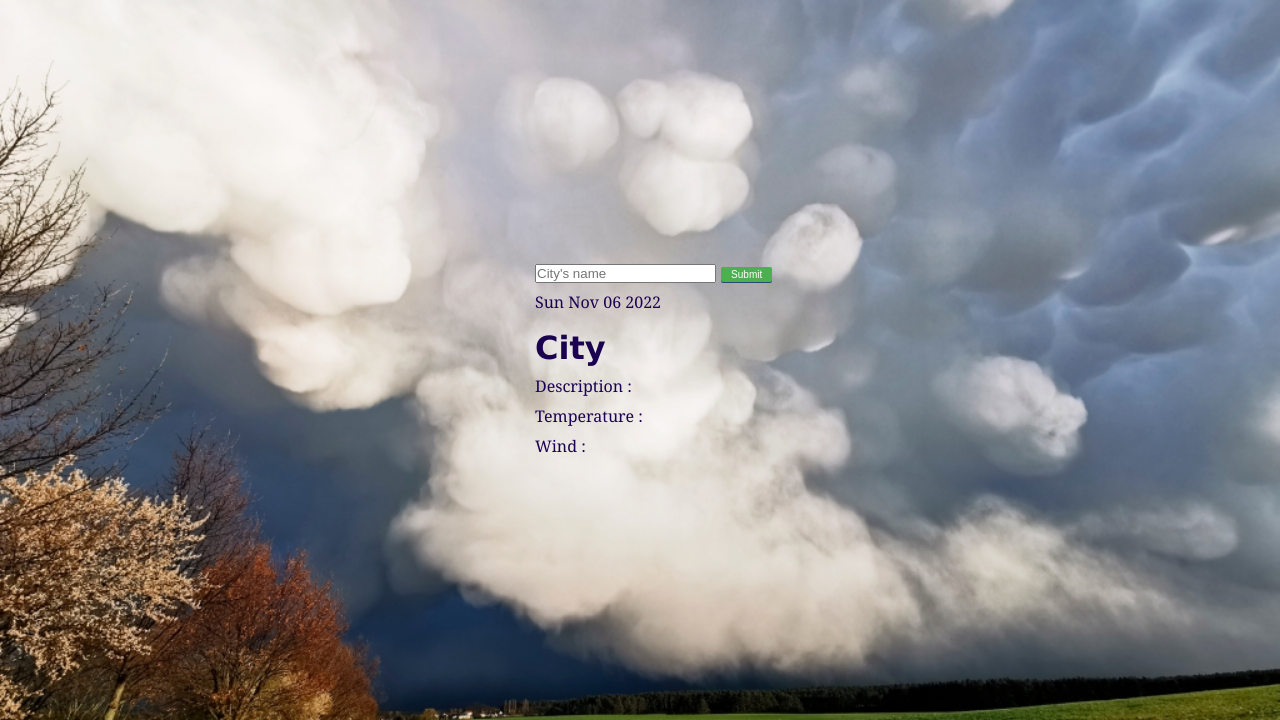
Repository: heartbreathing/searchWeather
Page: index.html
An editor plug-in stored every save of this project. The page is shown before and after the next save, followed by the edit.
The browser window is 1280 px wide. The pictures show the whole page.

Above is the page before, as saved 2022-11-07 09:06:51.

After the next save:
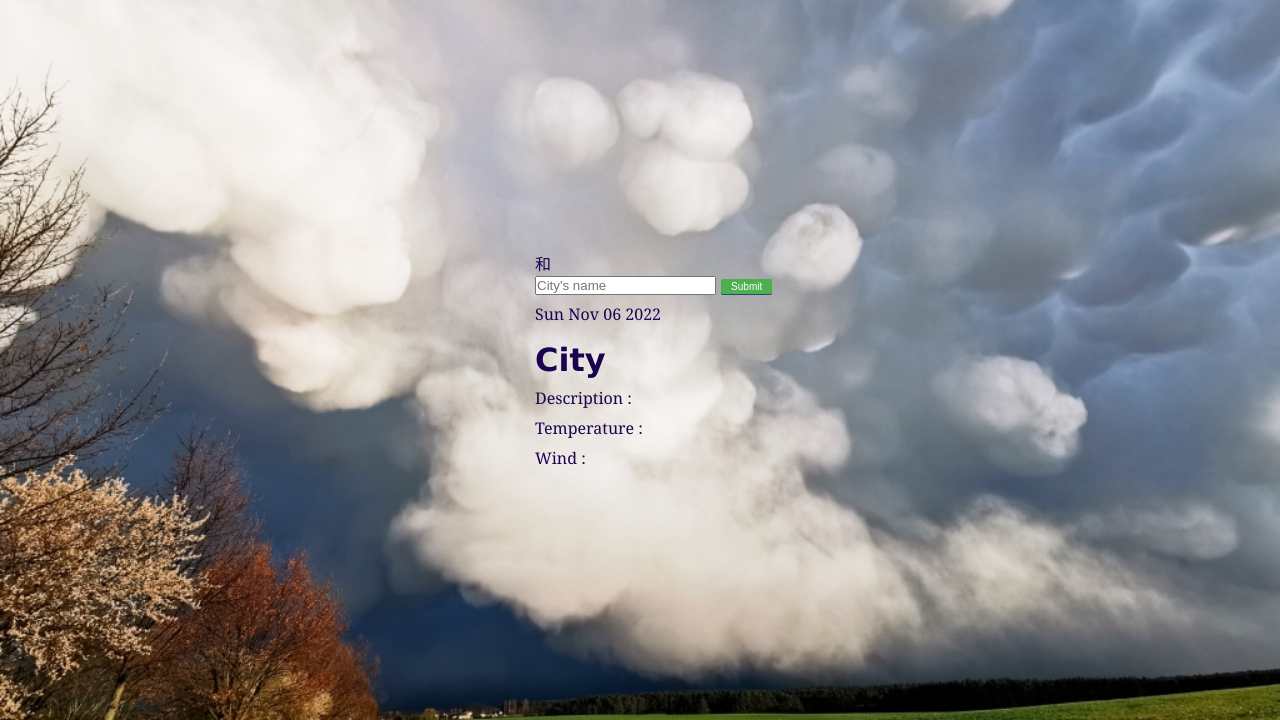
Saved 4 s later.
--- a/index.html
+++ b/index.html
@@ -9,6 +9,7 @@
   </head>
   <body>
     <div class="content">
+      和
 
       <form class="form">
         <input type="text" name="name" placeholder="City's name" />
